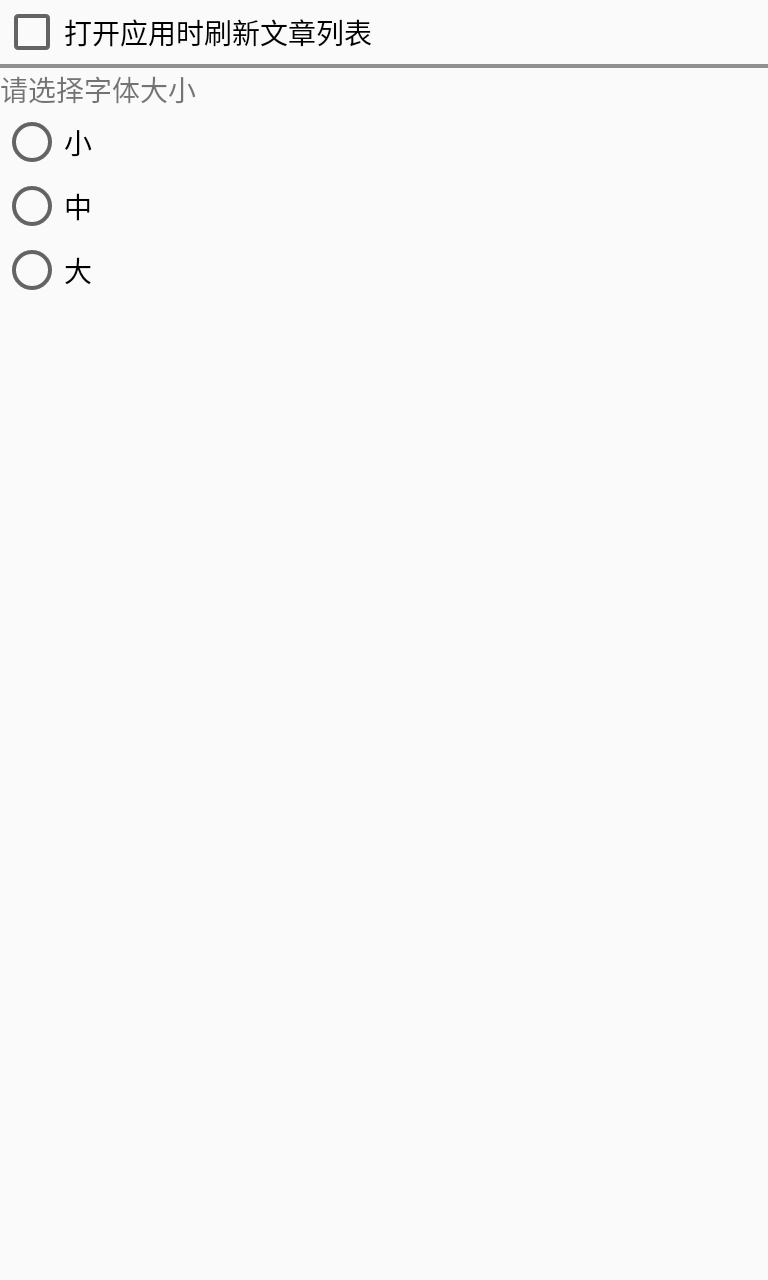
Repository: xdrush/MyRssReader
Layout: MyRssReader/res/layout/setting_show.xml
An editor plug-in stored every save of this project. The layout is shown before and after the next save, followed by the edit.
It is drawn on a 768 x 1280 px phone screen (xhdpi) without system bars, with theme AppTheme; the app's code is not run.

Above is the layout before, as saved 2015-07-29 04:08:06.

### MyRssReader/res/layout/setting_show.xml
<?xml version="1.0" encoding="utf-8"?>
<LinearLayout xmlns:android="http://schemas.android.com/apk/res/android"
    android:layout_width="wrap_content"
    android:layout_height="wrap_content"
    android:orientation="vertical" >

    <RelativeLayout
        android:layout_width="fill_parent"
        android:layout_height="wrap_content"
        android:gravity="left" >

        <CheckBox
    		android:id="@+id/checkbox1"
    		android:layout_height="wrap_content"
    		android:layout_width="wrap_content"
    		android:text="打开应用时刷新文章列表"
    		 />
    </RelativeLayout>

    <View
        android:layout_width="fill_parent"
        android:layout_height="2dip"
        android:background="#FF909090" />

    <LinearLayout
    	android:orientation="vertical"
        android:layout_width="fill_parent"
        android:layout_height="wrap_content"
        android:gravity="left" >

        <TextView
      		android:layout_width="fill_parent"
      		android:layout_height="wrap_content"
     		android:text="请选择字体大小"
     		android:textsize="9pt" />

		<RadioGroup
			android:id="@+id/text_size"
			android:layout_height="wrap_content"
			android:layout_width="wrap_content">

			<RadioButton
                android:id="@+id/text_small"
                android:layout_height="wrap_content"
                android:layout_width="wrap_content"
                android:text="小" ></RadioButton>
            <RadioButton
                android:id="@+id/text_medium"
                android:layout_height="wrap_content"
                android:layout_width="wrap_content"
                android:text="中" ></RadioButton>
            <RadioButton
                android:id="@+id/text_big"
                android:layout_height="wrap_content"
                android:layout_width="wrap_content"
                android:text="大" ></RadioButton>
		</RadioGroup>
    </LinearLayout>

</LinearLayout>

Loaded but not shown: MyRssReader/res/values/styles.xml (common file); MyRssReader/res/values-v11/styles.xml (common file); MyRssReader/res/values-v14/styles.xml (common file)

After the next save:
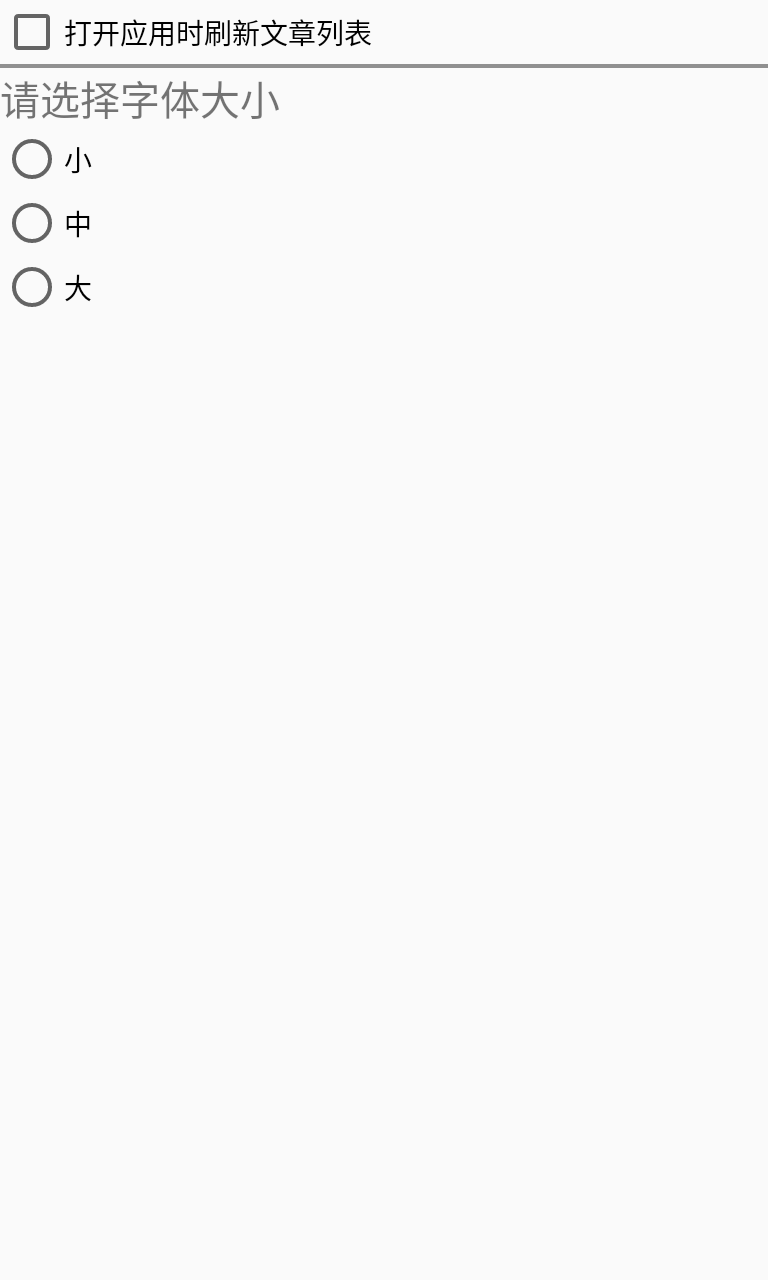
Saved 12 s later.
--- a/MyRssReader/res/layout/setting_show.xml
+++ b/MyRssReader/res/layout/setting_show.xml
@@ -32,7 +32,7 @@
       		android:layout_width="fill_parent"
       		android:layout_height="wrap_content"
      		android:text="请选择字体大小"
-     		android:textsize="9pt" />
+     		android:textSize="9pt" />
 
 		<RadioGroup
 			android:id="@+id/text_size"
